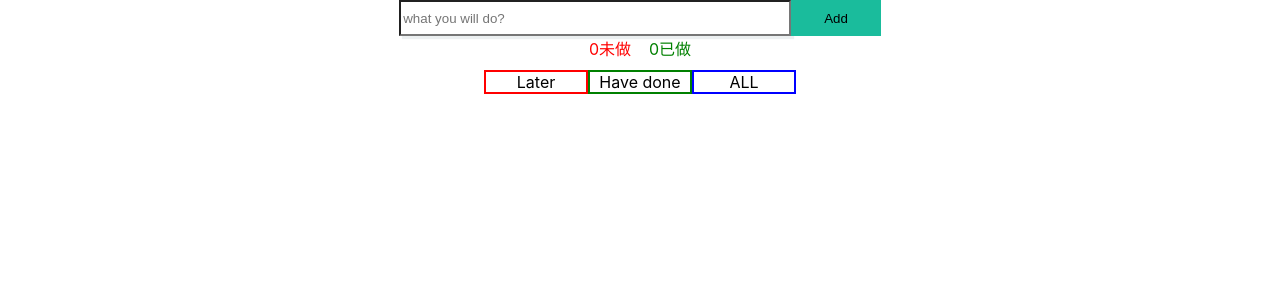
Repository: yurensmile/todolist
Page: /
An editor plug-in stored every save of this project. The page is shown before and after the next save, followed by the edit.
The browser window is 1280 px wide. The pictures show the whole page.
The project was rebuilt for these pictures with package versions that can differ from the ones it lists, and the page was loaded fresh each time. Also part of the build but not shown: src/All.js, src/HaveDone.js.

Above is the page before, as saved 2019-03-20 17:06:45.

### src/App.js
import React, { Component } from 'react';
import Todos from './Todos'
import './App.css';

class App extends Component {

  constructor() {
    super();
    this.state={
      inputValue: '',
      laters: [],
      havedones: [],
      checked: false,
      id: 1
    };
    this.updateHavedone = this.updateHavedone.bind(this);
    this.updateLaters = this.updateLaters.bind(this);
  }

  handleOnClick() {
    this.setState(state =>{
      const laters = state.laters.concat(state.inputValue);

      return {
        laters,
        inputValue: ""
      }
    })
    console.log(this.state.all);
  }
  updateInputValue(e) {
    this.setState({
      inputValue: e.target.value
    })
  }

// 点击了三栏内容
  contentOnclick(e) {
    let choice = e.target.innerHTML;
    this.setState((preState)=>{
      switch(choice){
        case "Later": return {id: 1};
        case "Have done": return {id: 2};
        case "ALL": return {id: 3};
        default: return {id:1};
      }
    })
  }

 // 如果todo中的某个被点击，则在todo中删除，并添加到havedone中
  updateHavedone(index, item){
    this.setState(state => {
      let n = state.laters.indexOf(item);
      let tem = state.laters.slice();
      tem.splice(n, 1);
      let havedones = state.havedones.concat(item);
      return ({
        havedones,
        laters: tem
      })
    })
  }

// 如果havedone中的某个被点击，则在havedone中删除，并添加到later中
  updateLaters(index, item){
    console.log("this is updatelaters");
    this.setState(state => {
      let n = state.havedones.indexOf(item);
      let tem = state.havedones.slice();
      tem.splice(n, 1);
      let laters = state.laters.concat(item);
      return({
        laters,
        havedones: tem
      })
    })
  }

  render() {
    return (
      <div className="App">
        <input type="text" placeholder="what you will do?" name="todo" value={this.state.inputValue} onChange={this.updateInputValue.bind(this)}/>
        <button onClick={this.handleOnClick.bind(this)}>Add</button><br/>
        <span style={{color: "red"}}>{this.state.laters.length}未做&nbsp;&nbsp;&nbsp;&nbsp;</span>
        <span style={{color: "green"}}>{this.state.havedones.length}已做</span>
        <div id="content" onClick={this.contentOnclick.bind(this)}>
          <div className="choice later">Later</div>
          <div className="choice havedone" >Have done</div>
          <div className="choice all">ALL</div>
        </div>
        {/* 列表内容 */}
        <Todos
          id={this.state.id}
          laters={this.state.laters}
          havedones={this.state.havedones}
          all={this.state.all}
          updateHavedones={this.updateHavedone}
          updateLaters={this.updateLaters}
        />
      </div>
    );
  }
}

export default App;

### src/Todos.js
import React, { Component } from 'react';
import All from './All'
import HaveDone from './HaveDone'
import Later from './Later'

class Todos extends Component{

  render(){
    return(
      <div>
        {
          (()=>{
            switch(this.props.id){
              case 1: return <Later laters={this.props.laters}
                                  updateHavedones={this.props.updateHavedones}
                                  />;
              case 2: return <HaveDone havedones={this.props.havedones}
                                  updateLaters={this.props.updateLaters}
                                  />;
              case 3: return <All laters={this.props.laters} havedones={this.props.havedones}/>
              default: console.log("sofunny");
            }

          })()}
      </div>
    )
  }
}
export default Todos;

### src/App.css
.App {
  text-align: center;
}

input[type="checkbox"]{
  visibility: hidden;
}

ul{
  list-style-type: none;
}
li{
  display: inline-block;
  width: 100px;
  height: 40px;
  line-height: 30px;
  height: 30px;
  margin-bottom: 4px;
}
.choice{
  margin-top: 10px;
  display: inline-block;
  width: 100px;
  text-align: center;
  border:2px solid rgb(197, 193, 193);
}
.later{
  border-color: red;
}
.havedone{
  border-color: green;
}
.all{
  border-color: blue;
}

.toggle{
  display: inline-block;
}
.App-link {
  color: #61dafb;
}
input[type="text" ]{
  width: 30%;
  height: 30px;
  box-shadow: 3px 3px 1px rgba(236, 240, 241,1.0);
}

button{
  background-color: rgba(26, 188, 156,1.0);
  border: 0px;
  width: 7%;
  height: 36px;
}

### src/Later.js
import React, { Component } from 'react';

class Later extends Component{
  constructor(props){
    super(props);
    this.state = {
      checked: false,
    };
  }

  // 点击了todo 列表的内容
  handleTodoOnclick(checked, index, item, e){
    // if e.target is not text
        // let box = e.target.previousSibling;
        this.setState((preState)=>{
          return {checked: !preState.checked}
        });
        if(checked){
          // thing to later
          // box.checked = false;
        }else{
          // thing to have done
          // box.checked = true;
  //如果later中的某个被点击，则在later中删除，并添加到havedone中
          this.props.updateHavedones(index, item);
        }
      }
  render(){
    return (
      <ul>
        {this.props.laters.map((item, index)=>{
          return (
            <div onClick={
              this.handleTodoOnclick.bind(this, this.state.checked, index, item)
              }>
              <input className="toggle" type="checkbox"/>
              <li style={{color: "red"}} key={index}>{item}</li>
            </div>
          )
        })}
      </ul>
    )
  }
}

export default Later;

Loaded but not shown: public/index.html (common file); src/index.js (common file); src/index.css (common file); src/serviceWorker.js (common file)

After the next save:
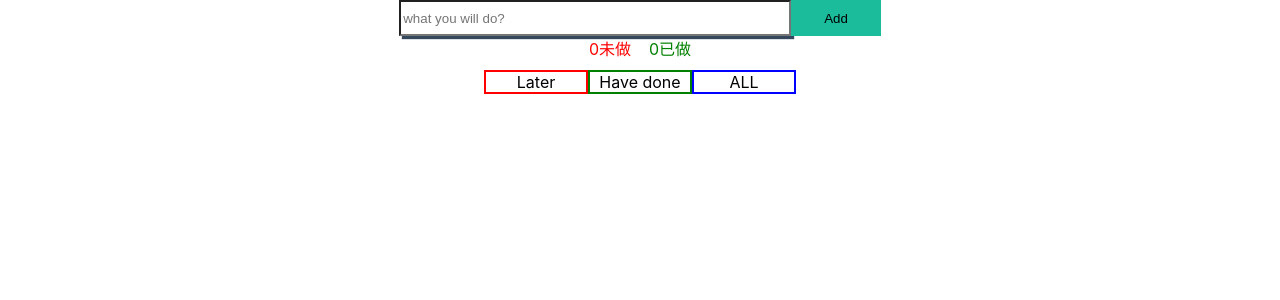
Saved 16 s later.
--- a/src/App.css
+++ b/src/App.css
@@ -43,7 +43,7 @@ li{
 input[type="text" ]{
   width: 30%;
   height: 30px;
-  box-shadow: 3px 3px 1px rgba(236, 240, 241,1.0);
+  box-shadow: 3px 3px 1px rgba(52, 73, 94,1.0);
 }
 
 button{
